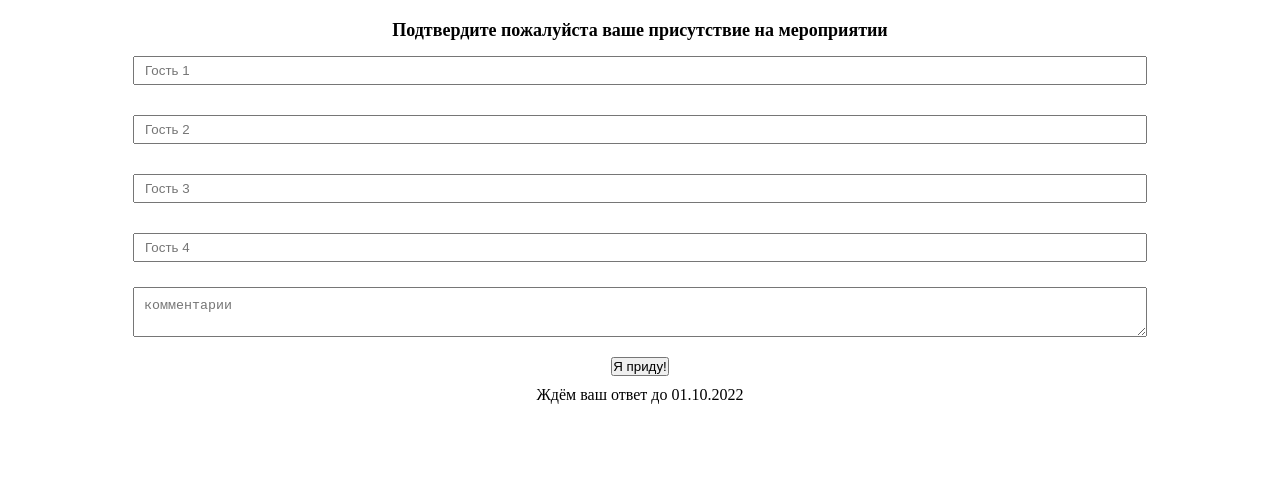
Repository: Anthony8845/wedding_invitation
Page: index.html
The author's editor kept a copy of each file at every save. The page is drawn from the files as they stood at one save, then again after the next save.
The browser window is 1280 px wide. The pictures show the whole page.

Above is the page before, as saved 2022-07-28 14:00:55.

### index.html
<!DOCTYPE html>
<html lang="en">
<head>
    <meta charset="UTF-8">
    <meta http-equiv="X-UA-Compatible" content="IE=edge">
    <meta name="viewport" content="width=device-width, user-scalable=yes">
    <link rel="stylesheet" href="./style.css">
    <title>Приглашение на свадьбу</title>
</head>
<body>

    <div class="invitation">
        <div class="info">
            <div></div>
            <div></div>
            <div></div>
            <div></div>
        </div>
        <div class="timetable">
            <div></div>
            <div></div>
            <div></div>
        </div>
        <div class="thanks">
            <div></div>
            <div></div>
            <div></div>
        </div>
        <form class="form" action="#"  >
            <h2 class="form__header">Подтвердите пожалуйста ваше присутствие на мероприятии</h2>
            <input class="form__input_item" type="text" name="Guest1" placeholder="Гость 1">
            <input class="form__input_item" type="text" name="Guest2" placeholder="Гость 2">
            <input class="form__input_item" type="text" name="Guest3" placeholder="Гость 3">
            <input class="form__input_item" type="text" name="Guest4" placeholder="Гость 4">
            <textarea class="form__comment" name="" placeholder="комментарии"></textarea>
            <button class="form__btn">Я приду!</button>
        </form>
        <div class="footer">Ждём ваш ответ до 01.10.2022</div>
    </div>
</body>
</html>

### style.css
* {
    box-sizing: border-box;
    margin: 0;
    padding: 0;
}

body{
    margin-top: 20px;
    /* margin: 0 5% ; */
    /* max-width: 700px; */
}

.form {
    text-align: center;
    margin: 0 10%;

    display: flex;
    flex-direction: column;
    /* align-items: center; */
}

.form__header {
    font-size: 18px;
}

.form__input_item {
    margin: 15px 5px;
    padding: 5px 10px;

}

.form__comment {
    padding: 10px 10px;
    margin: 10px 5px;
    resize: vertical;
    height: 50px;
}

.form__btn {
    margin: 0 auto;
    margin-top: 10px;
    max-width: 70px;
}

.footer {
    margin-top: 10px;
    text-align: center;
}

After the next save:
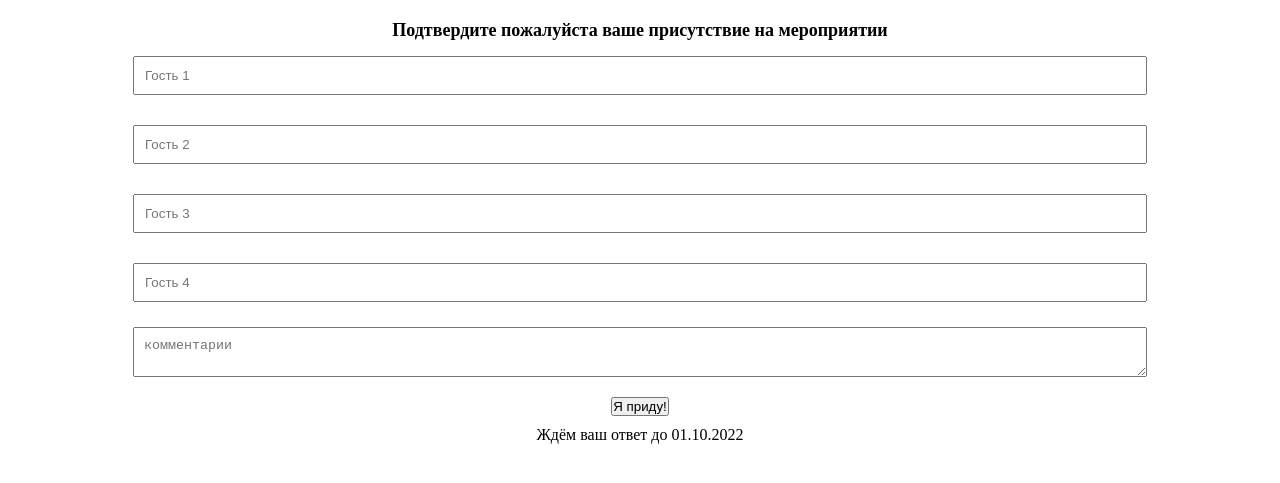
Saved 20 s later.
--- a/style.css
+++ b/style.css
@@ -25,7 +25,7 @@ body{
 
 .form__input_item {
     margin: 15px 5px;
-    padding: 5px 10px;
+    padding: 10px 10px;
 
 }
 
